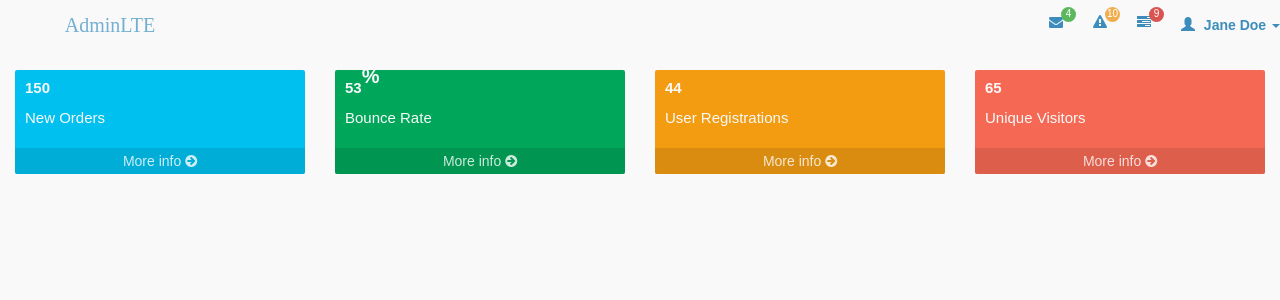
Repository: porivas/140630_Java
Page: http://localhost/Day1001mini01/WEB-INF/jsp/cssTemp.jsp
The author's editor kept a copy of each file at every save. The page is drawn from the files as they stood at one save, then again after the next save.
The browser window is 1280 px wide. The pictures show the whole page.
Some icons come from a web library that is not loaded, so they are not drawn. Some web fonts or font styles are not loaded; a fallback is used. Some web libraries are served in a nearby version. The page is served by Tomcat 9. Nobody is signed in. The template is opened directly, without the code that normally fills it, so the values that code supplies are empty.

Above is the page before, as saved 2014-10-02 07:16:21.

After the next save:
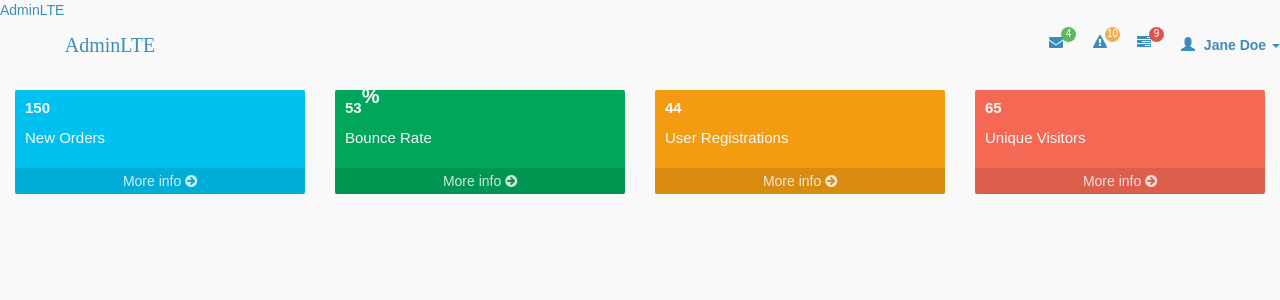
Saved 65 s later.
--- a/Day1001mini01/WebContent/WEB-INF/jsp/cssTemp.jsp
+++ b/Day1001mini01/WebContent/WEB-INF/jsp/cssTemp.jsp
@@ -21,6 +21,10 @@
         <![endif]-->
 </head>
 <body>
+<a href="index.html" class="logo">
+                <!-- Add the class icon to your logo image or logo icon to add the margining -->
+                AdminLTE
+            </a>
 <header class="header">
             <a href="index.html" class="logo">
                 <!-- Add the class icon to your logo image or logo icon to add the margining -->
